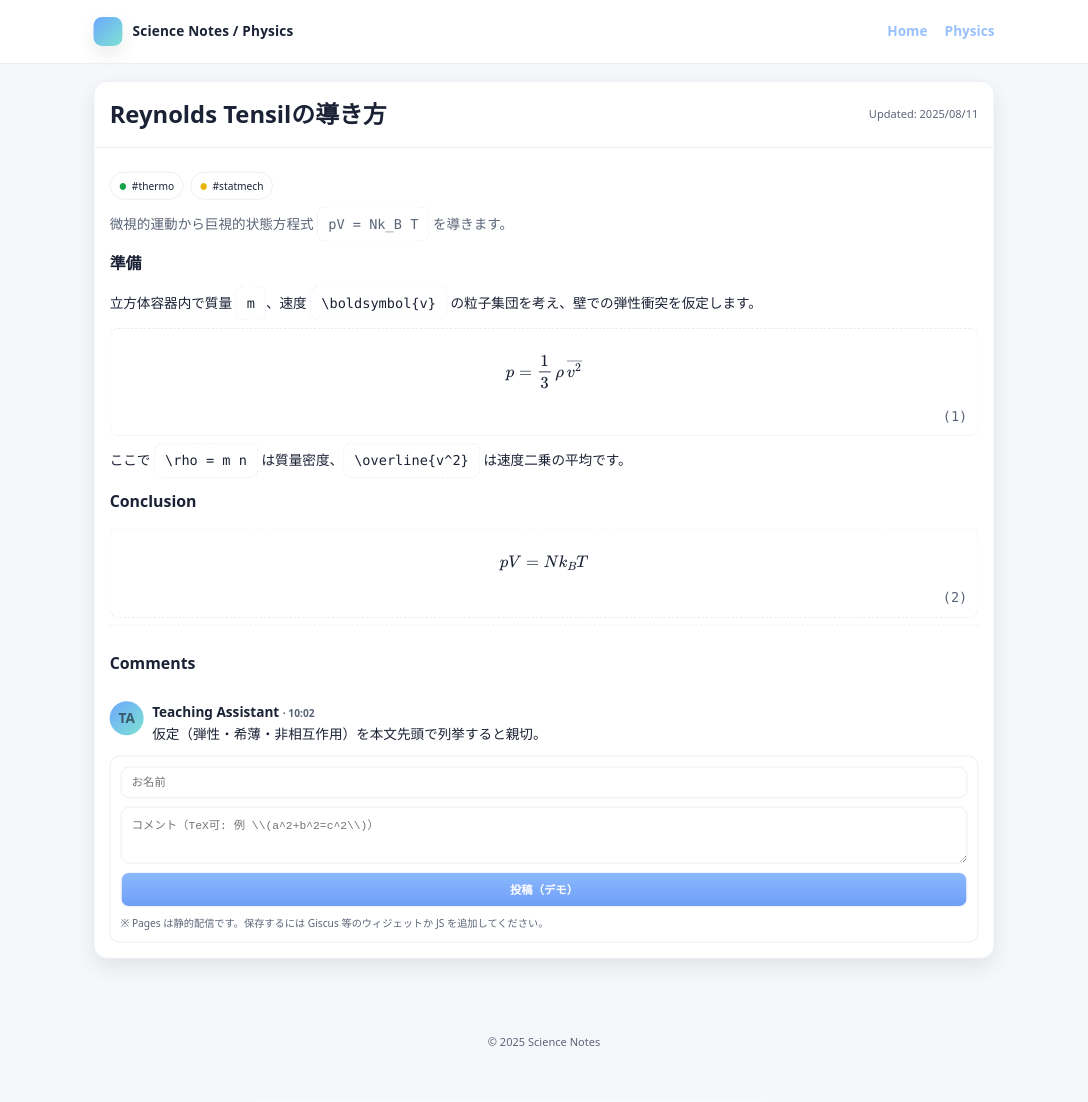
Repository: Riki-Mochimaru/tureduretunedune
Page: physics/FluidDynamics/ReynoldsTensil/index.html
The author's editor kept a copy of each file at every save. The page is drawn from the files as they stood at one save, then again after a run of saves.
The browser window is 1280 px wide. The pictures show the whole page, at 85% of full size.

Above is the page before, as saved 2025-08-11 21:00:56.

After the next 2 saves:
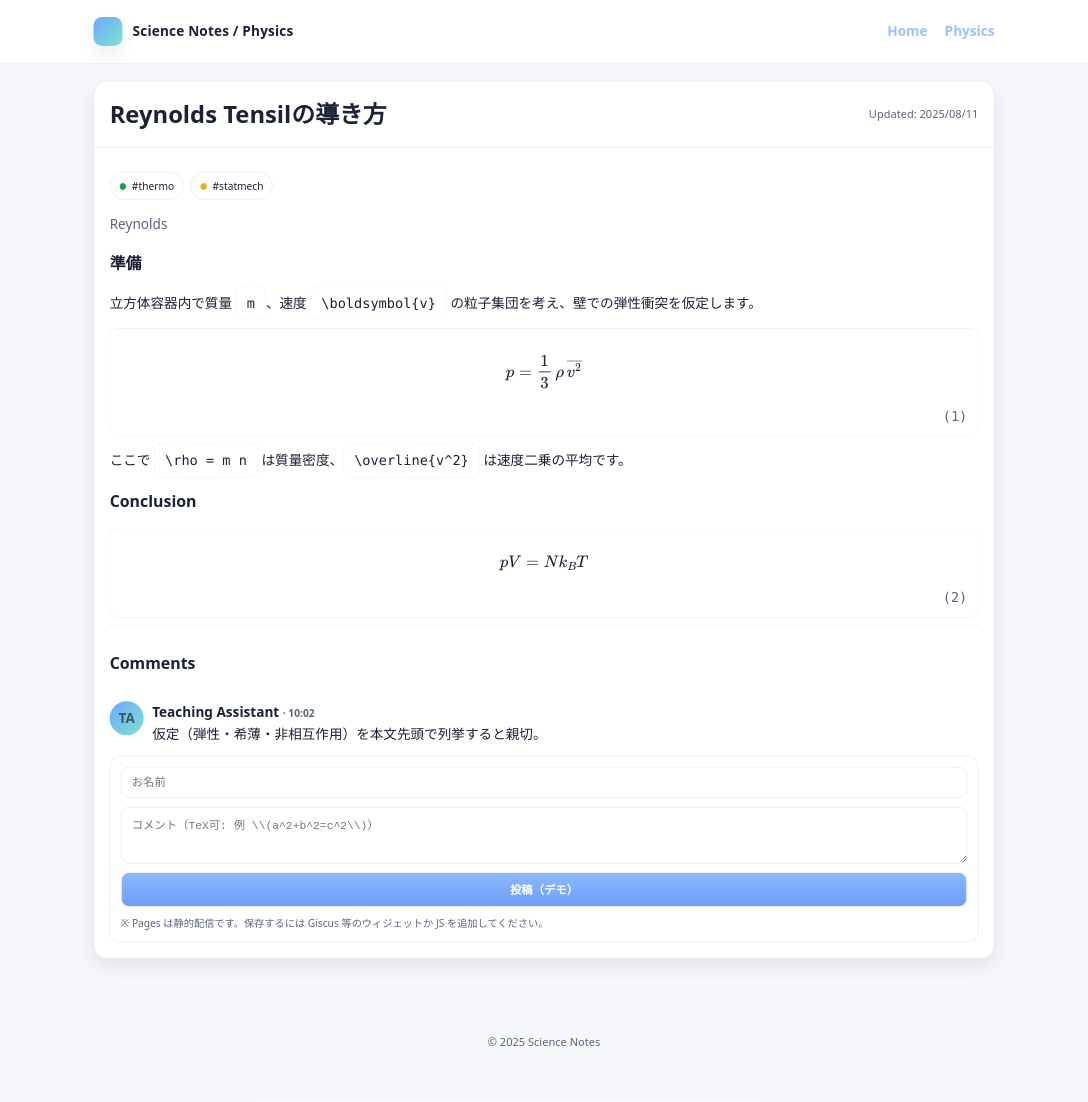
The 2 saves are shown as one change because they came seconds apart.
The last was saved 21 s later.
--- a/physics/FluidDynamics/ReynoldsTensil/index.html
+++ b/physics/FluidDynamics/ReynoldsTensil/index.html
@@ -30,7 +30,7 @@
       </div>
       <div class="bd">
         <div class="tags"><span class="tag" data-g="phys">#thermo</span><span class="tag" data-g="stats">#statmech</span></div>
-        <p class="lead">微視的運動から巨視的状態方程式 <span class="math">pV = Nk_B T</span> を導きます。</p>
+        <p class="lead">Reynolds </p>
 
         <h3>準備</h3>
         <p>立方体容器内で質量 <span class="math">m</span>、速度 <span class="math">\boldsymbol{v}</span> の粒子集団を考え、壁での弾性衝突を仮定します。</p>
